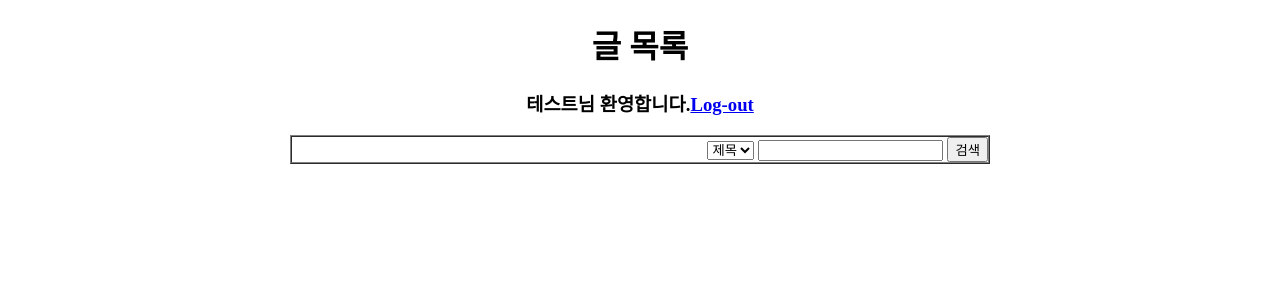
Repository: helena0207/SpringPro
Page: http://localhost/BoardWeb/geBoardList.jsp
The author's editor kept a copy of each file at every save. The page is drawn from the files as they stood at one save, then again after the next save.
The browser window is 1280 px wide. The pictures show the whole page.
The page is served by Tomcat 9. Queries for data that is not in the repository find no rows.

Above is the page before, as saved 2020-12-02 02:24:15.

After the next save:
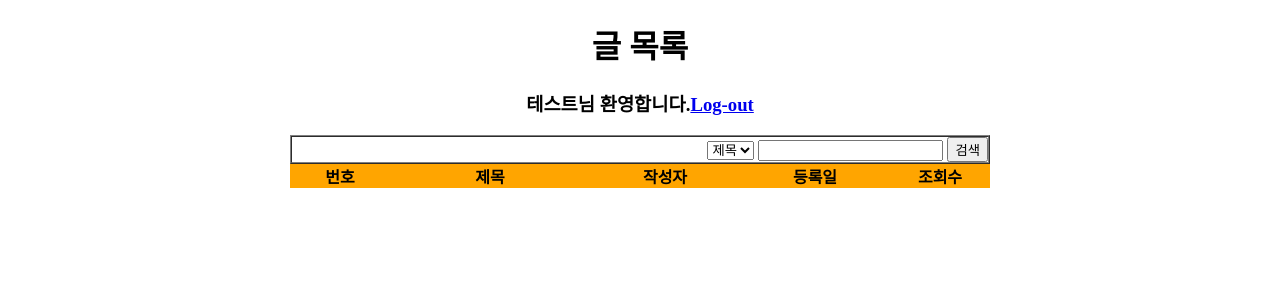
Saved 104 s later.
--- a/BoardWeb/src/main/webapp/geBoardList.jsp
+++ b/BoardWeb/src/main/webapp/geBoardList.jsp
@@ -41,7 +41,15 @@
 </form>
 
 <!-- 검색 종료 -->
-<table board="1" cellpadding="0" cellspacing="0" width="700"></table>
+<table board="1" cellpadding="0" cellspacing="0" width="700">
+<tr>
+	<th bgcolor="orange" width="100">번호</th>
+	<th bgcolor="orange" width="200">제목</th>
+	<th bgcolor="orange" width="150">작성자</th>
+	<th bgcolor="orange" width="150">등록일</th>
+	<th bgcolor="orange" width="100">조회수</th>
+</tr>
+</table>
 </center>
 
 </body>
